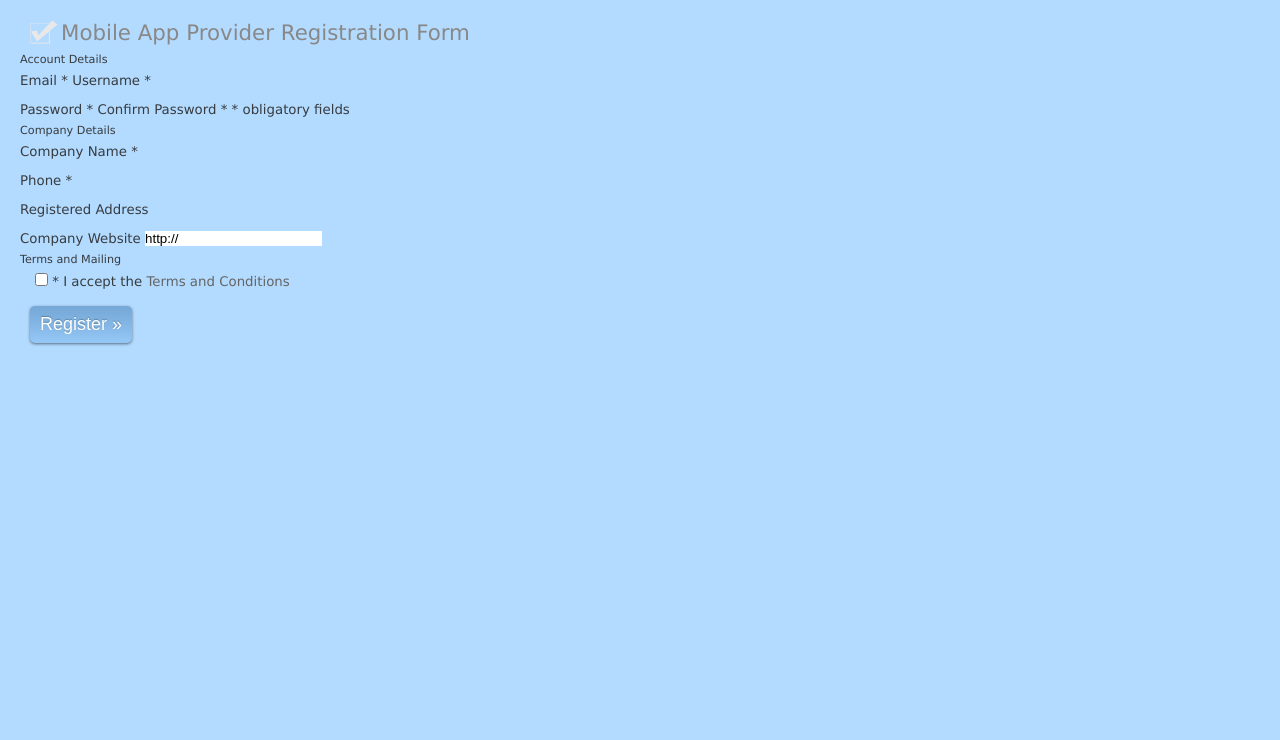
Repository: Bindu1006/CrowdTester
Page: http://localhost/CrowdTesterProject/jsp/AppProviderRegistrationPage.jsp
These files come from the project's save history. The page is drawn as it stood at one moment and after the next save; the edit follows.
The browser window is 1280 px wide. The pictures show the whole page.
The page is served by Tomcat 9. Other server files are loaded and not shown.

Above is the page before, as saved 2015-11-25 00:42:00.

### CrowdTesterProject/WebContent/jsp/AppProviderRegistrationPage.jsp
<!DOCTYPE html PUBLIC "-//W3C//DTD XHTML 1.0 Strict//EN" "http://www.w3.org/TR/xhtml1/DTD/xhtml1-strict.dtd">
<html xmlns="http://www.w3.org/1999/xhtml" xml:lang="en" lang="en">
    <head>
        <title>Mobile App Provider Registration Form</title>
        <meta http-equiv="Content-Type" content="text/html; charset=utf-8"/>
        <link rel="stylesheet" type="text/css" href="../css/Registration.css"/>
    </head>
    <body>
        <form:form method="post" modelAttribute="testerDetails" action="registerAppProvider.do" class="register">
            <h1>Mobile App Provider Registration Form</h1>
            <fieldset class="row1">
                <legend>Account Details
                </legend>
                <p>
                    <label>Email *
                    </label>
                    <form:input path="email" placeholder="EMAIL"/>
                    <label>Username *
                    </label>
                    <form:input path="userName" placeholder="Username"/>
                </p>
                <p>
                    <label>Password *
                    </label>
                    <form:input path="password" placeholder="Password"/>
                    <label>Confirm Password *
                    </label>
                    <form:input path="confirmPassword" placeholder="Password"/>
                    <label class="obinfo">* obligatory fields
                    </label>
                </p>
            </fieldset>
            <fieldset class="row2">
                <legend>Company Details
                </legend>
                <p>
                    <label>Company Name *
                    </label>
                    <form:input path="companyName" placeholder="Company"/>
                </p>

                <p>
                    <label>Phone *
                    </label>
                    <form:input path="phoneNumber" placeholder="Phone Number"/>
                </p>
                <p>
                    <label class="optional">Registered Address
                    </label>
                    <form:input path="address" placeholder="Address"/>
                </p>
                <p>
                    <label class="optional">Company Website
                    </label>
                    <input class="long" type="text" value="http://"/>

                </p>
            </fieldset>

            </fieldset>
            <fieldset class="row4">
                <legend>Terms and Mailing
                </legend>
                <p class="agreement">
                    <input type="checkbox" value=""/>
                    <label>*  I accept the <a href="SLA_AppProvider.txt">Terms and Conditions</a></label>
                </p>
            </fieldset>
            <div><button class="button">Register &raquo;</button></div>
        </form>
    </body>
</html>

### CrowdTesterProject/WebContent/css/Registration.css
*/*Set's border, padding and margin to 0 for all values*/
{
    padding: 0;
    margin: 0;
    border: 0;
}
body, html {
    color: #373C40;
    font-family: Verdana,Arial, Helvetica, sans-serif;
    height: 100%;
    background-color: #b3dbff;
    margin:10px;
}
body {
    font-size: 70%;
}
p {
    padding: 7px 0 7px 0;
    font-weight: 500;
    font-size: 10pt;
}
a {
    color: #656565;
    text-decoration:none;
}
a:hover{
    color: #abda0f;
    text-decoration: none;
}
h1 {
    font-weight:200;
    color: #888888;
    font-size:16pt;
    background: transparent url(../images/h1.png) no-repeat center left;
    padding-left:33px;
    margin:7px 5px 8px 8px;
}
h4 {
    padding:1px;
    color: #ACACAC;
    font-size:9pt;
    font-weight:100;
    text-transform:uppercase;
}
form.register{
    width:800px;
    margin: 20px auto 0px auto;
    height:530px;
    background-color:#fff;
    padding:5px;
    -moz-border-radius:20px;
    -webkit-border-radius:20px;
}
form p{
    font-size: 8pt;
    clear:both;
    margin: 0;
    color:gray;
    padding:4px;
}
form.register fieldset.row1
{
    width:770px;
    padding:5px;
    float:left;
    border-top:1px solid #80c3ff;
    margin-bottom:15px;
}
form.register fieldset.row1 label{
    width:140px;
    float: left;
    text-align: right;
    margin-right: 6px;
    margin-top:2px;
}
form.register fieldset.row2
{
    border-top:1px solid #80c3ff;
    border-right:1px solid #80c3ff;
    height:220px;
    padding:5px;
    float:left;
}
form.register fieldset.row3
{
    border-top:1px solid #80c3ff;
    padding:5px;
    float:left;
    margin-bottom:15px;
    width:400px;
}
form.register fieldset.row4
{
    border-top:1px solid #80c3ff;
    border-right:1px solid #80c3ff;
    padding:5px;
    float:left;
    clear:both;
    width:500px;
}
form.register .infobox{
    float:right;
    margin-top:20px;
    border: 1px solid #80c3ff;
    padding:5px;
    width:380px;
    height:98px;
    font-size:9px;
    background: #FDFEFA url(images/bg_infobox.gif) repeat-x top left;
}
form.register legend
{
    color: #80c3ff;
    padding:2px;
    margin-left: 14px;
    font-weight:bold;
    font-size: 14px;
    font-weight:100;
}
form.register label{
    color:#444;
    width:98px;
    float: left;
    text-align: right;
    margin-right: 6px;
    margin-top:2px;
}
form.register label.optional{
    float: left;
    text-align: right;
    margin-right: 6px;
    margin-top:2px;
    color: #A3A3A3;
}
form.register label.obinfo{
    float:right;
    padding:3px;
    font-style:italic;
}
form.register input{
    width: 140px;
    color: #505050;
    float: left;
    margin-right: 5px;
}
form.register input.long{
    width: 247px;
    color: #505050;
}
form.register input.short{
    width: 40px;
    color: #505050;
}
form.register input[type=radio]
{
    float:left;
    width:15px;
}
form.register label.gender{
    margin-top:-1px;
    margin-bottom:2px;
    width:34px;
    float:left;
    text-align:left;
    line-height:19px;
}
form.register input[type=text]
{
    border: 1px solid #E1E1E1;
    height: 18px;
}
form.register input[type=password]
{
    border: 1px solid #E1E1E1;
    height: 18px;
}
.button
{
    background: #80c3ff url(images/overlay.png) repeat-x;
    padding: 8px 10px 8px;
    color: #fff;
    text-decoration: none;
    -moz-border-radius: 5px;
    -webkit-border-radius: 5px;
    -moz-box-shadow: 0 1px 3px rgba(0,0,0,0.5);
    -webkit-box-shadow: 0 1px 3px rgba(0,0,0,0.5);
    text-shadow: 0 -1px 1px rgba(0,0,0,0.25);
    cursor: pointer;
    float:left;
    font-size:18px;
    margin:10px;
}
form.register input[type=text].year
{
    border: 1px solid #E1E1E1;
    height: 18px;
    width:30px;
}
form.register input[type=checkbox] {
    width:14px;
    margin-top:4px;
}
form.register select
{
    border: 1px solid #80c3ff;
    width: 130px;
    float:left;
    margin-bottom:3px;
    color: #505050;
    margin-right:5px;
}
form.register select.date
{
    width: 40px;
}
input:focus, select:focus{
    background-color: #efffe0;
}
p.info{
    font-size:7pt;
    color: gray;
}
p.agreement{
    margin-left:15px;
}
p.agreement label{
    width:390px;
    text-align:left;
    margin-top:3px;
}

After the next save:
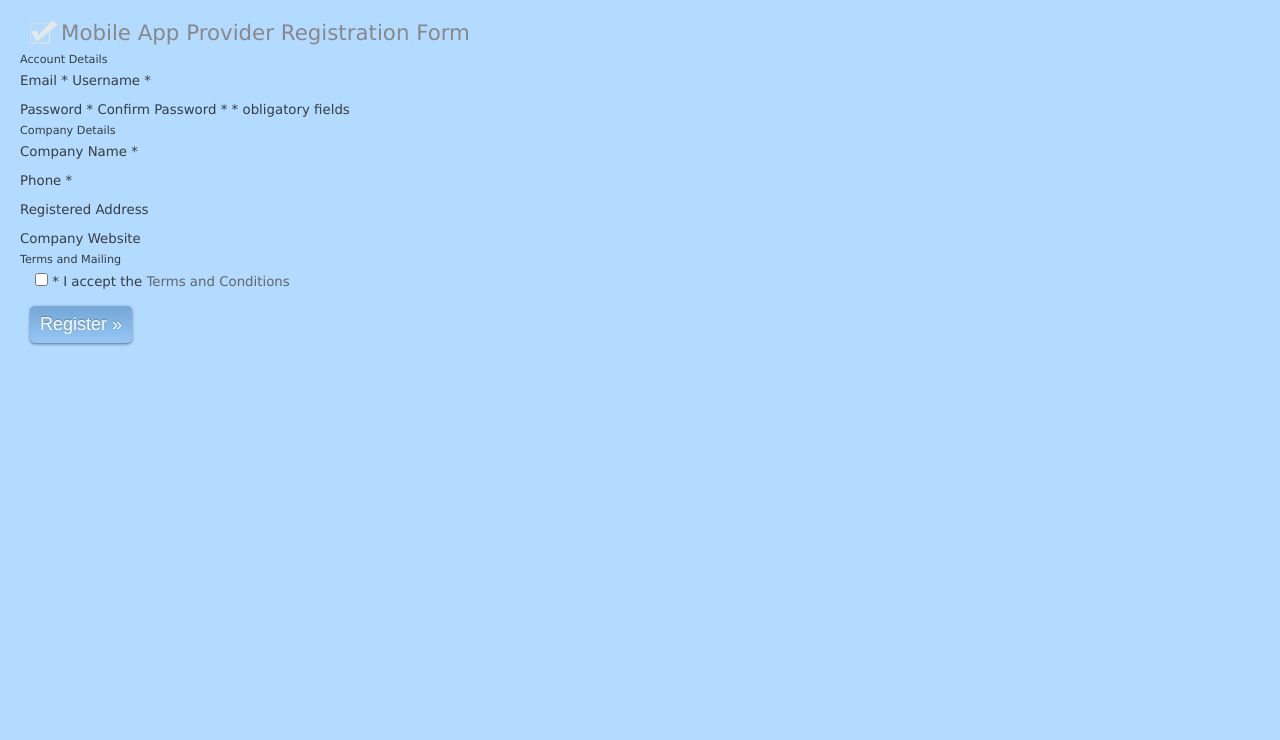
Saved 45 s later.
--- a/CrowdTesterProject/WebContent/jsp/AppProviderRegistrationPage.jsp
+++ b/CrowdTesterProject/WebContent/jsp/AppProviderRegistrationPage.jsp
@@ -52,7 +52,7 @@
                 <p>
                     <label class="optional">Company Website
                     </label>
-                    <input class="long" type="text" value="http://"/>
+                    <form:input path="companyWebsite" placeholder="http://"/>
 
                 </p>
             </fieldset>
